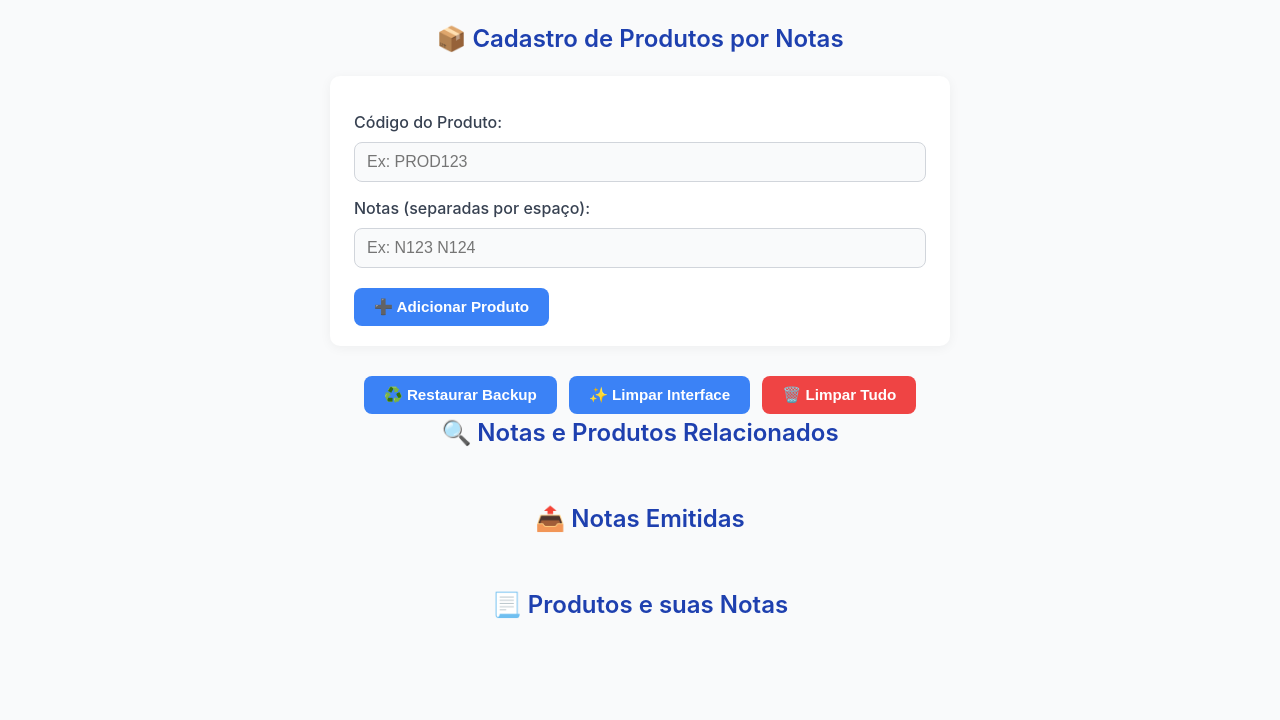
Repository: meiotera/cadastroNotasProdutos
Page: index.html
The author's editor kept a copy of each file at every save. The page is drawn from the files as they stood at one save, then again after the next save.
The browser window is 1280 px wide. The pictures show the whole page.

Above is the page before, as saved 2025-06-11 18:24:11.

### index.html
<!DOCTYPE html>
<html lang="pt-BR">

<head>
  <meta charset="UTF-8" />
  <meta name="viewport" content="width=device-width, initial-scale=1.0" />
  <title>Cadastro de Produtos e Notas</title>
  <link rel="stylesheet" href="style.css" />
</head>

<body>
  <main>
    <h1>📦 Cadastro de Produtos por Notas</h1>

    <form id="formProduto">
      <label for="codigo">Código do Produto:</label>
      <input type="text" id="codigo" placeholder="Ex: PROD123" required />

      <label for="notas">Notas (separadas por espaço):</label>
      <input type="text" id="notas" placeholder="Ex: N123 N124" required />

      <button type="submit">➕ Adicionar Produto</button>
    </form>

    <div class="botoes-secundarios">
      <button id="restaurarBackup">♻️ Restaurar Backup</button>
      <button id="limparInterfaceBtn" class="limpar-btn-interface">✨ Limpar Interface</button>
      <button id="limparDados" class="limpar-btn">🗑️ Limpar Tudo</button>
    </div>

    <h2>🔍 Notas e Produtos Relacionados</h2>
    <div id="notasProdutos">
    </div>

    <h2>📤 Notas Emitidas</h2>
    <div id="notasEmitidas"></div>

    <div id="resultado">
      <h2>📃 Produtos e suas Notas</h2>
      <div id="listaProdutos"></div>
    </div>
  </main>

  <script src="script.js"></script>
</body>

</html>

### style.css
/* Reset básico */
* {
  margin: 0;
  padding: 0;
  box-sizing: border-box;
}

body {
  font-family: 'Inter', sans-serif;
  background-color: #f9fafb;
  color: #1f2937;
  padding: 20px 15px; /* Reduzido padding do body */
  line-height: 1.6;
}

/* Títulos */
h1,
h2 {
  text-align: center;
  margin-bottom: 18px; /* Reduzido margin-bottom */
  font-size: 1.5rem; /* Reduzido font-size */
  color: #1e40af;
  font-weight: 600;
}

/* Formulário */
form {
  background: #ffffff;
  padding: 20px 24px; /* Reduzido padding */
  border-radius: 10px;
  max-width: 620px;
  margin: 0 auto 30px auto; /* Reduzido margin-bottom */
  box-shadow: 0 2px 12px rgba(0, 0, 0, 0.05);
}

label {
  display: block;
  margin: 14px 0 6px; /* Reduzido margin */
  font-weight: 500;
  color: #374151;
}

input {
  width: 100%;
  padding: 10px 12px; /* Reduzido padding */
  border-radius: 8px;
  border: 1.5px solid #d1d5db;
  background-color: #f9fafb;
  font-size: 1rem;
  color: #1f2937;
  transition: 0.2s;
}

input:focus {
  border-color: #3b82f6;
  outline: none;
  background-color: #fff;
}

/* Botões */
button {
  margin-top: 20px; /* Reduzido margin-top */
  padding: 10px 20px; /* Reduzido padding */
  background-color: #3b82f6;
  color: white;
  border: none;
  border-radius: 8px;
  font-size: 0.95rem; /* Levemente reduzido font-size */
  font-weight: 600;
  cursor: pointer;
  transition: background 0.2s ease;
}

.botoes-secundarios {
  display: flex;
  justify-content: center;
  align-items: center;
  gap: 12px; /* Reduzido gap */
}

.botoes-secundarios button {
  margin: 0;
}

button:hover {
  background-color: #2563eb;
}

.limpar-btn {
  background-color: #ef4444;
  margin: 20px auto; /* Reduzido margin */
  display: block;
  max-width: 620px;
}

.limpar-btn:hover {
  background-color: #dc2626;
}

/* Containers principais */
#resultado,
#notasProdutos,
#notasEmitidas {
  max-width: 800px;
  margin: 0 auto 30px;
}

/* Aplicar Flexbox aos containers dos cards para layout lado a lado */
#listaProdutos,
#notasProdutos,
#notasEmitidas {
  display: flex;
  flex-wrap: wrap; /* Permite que os itens quebrem para a próxima linha */
  gap: 16px; /* Espaçamento entre os cards */
}

/* Lista de produtos */
#listaProdutos > .card-nota {
  /* Especificidade para os cards dentro de #listaProdutos */
  /* background: #ffffff; - Removido pois .card-nota já tem */
  /* padding: 16px 20px; - Removido pois .card-nota já tem */
  margin-bottom: 0; /* Removido margin-bottom pois o gap do flex container cuidará disso */
  /* border-radius: 10px; - Removido pois .card-nota já tem */
  /* box-shadow: 0 1px 8px rgba(0, 0, 0, 0.05); - Removido pois .card-nota já tem */
  flex: 1 1 300px; /* Permite que o card cresça, não encolha, base de 300px */
  min-width: 280px; /* Garante uma largura mínima antes de quebrar */
}

#listaProdutos strong {
  display: block;
  margin-bottom: 8px; /* Reduzido margin-bottom */
  font-size: 0.95rem; /* Levemente reduzido font-size */
  color: #111827;
}

/* Tags */
.tag,
.produto-tag {
  display: inline-block;
  padding: 4px 10px; /* Reduzido padding */
  margin: 3px 4px 3px 0; /* Reduzido margin */
  font-size: 0.8rem; /* Reduzido font-size */
  font-weight: 600;
  border-radius: 999px;
  user-select: none;
}

.tag {
  background-color: #e0e7ff;
  color: #3730a3;
}

.produto-tag {
  background-color: #cbd5e1;
  color: #1e293b;
}

.tag:hover,
.produto-tag:hover {
  opacity: 0.85;
}

/* Cartão de nota fiscal */
.card-nota {
  background: #ffffff;
  padding: 20px; /* Padding uniforme para melhor espaçamento interno */
  margin-bottom: 0; /* Removido pois o gap do flex container cuidará disso */
  border: 1px solid #e5e7eb; /* Borda sutil e uniforme */
  border-radius: 12px; /* Bordas mais arredondadas para um look moderno */
  box-shadow: 0 4px 12px rgba(0, 0, 0, 0.07); /* Sombra mais suave e moderna */
  /* Para layout flex lado a lado */
  flex: 1 1 300px; /* Permite que o card cresça, não encolha, base de 300px */
  min-width: 280px; /* Garante uma largura mínima antes de quebrar */
  display: flex; /* Para alinhar conteúdo interno se necessário */
  flex-direction: column; /* Para que o conteúdo interno se empilhe verticalmente */
  min-height: 180px; /* Aumenta a altura mínima para mais respiro */
  transition: transform 0.2s ease-in-out, box-shadow 0.2s ease-in-out; /* Efeito suave no hover */
}

.card-nota:hover {
  transform: translateY(-4px); /* Leve elevação no hover */
  box-shadow: 0 6px 18px rgba(0, 0, 0, 0.1); /* Sombra mais pronunciada no hover */
}

/* Estilo para o título principal dentro do card */
.card-nota > strong {
  display: block;
  margin-bottom: 12px; /* Mais espaço após o título antes da borda/conteúdo */
  font-size: 1.1rem; /* Título um pouco maior para destaque */
  color: #111827;
  font-weight: 600;
  padding-bottom: 12px; /* Espaço para a borda inferior */
  border-bottom: 1px solid #e5e7eb; /* Borda inferior mais clara e consistente */
  line-height: 1.4; /* Melhor legibilidade para o título */
}

/* Estilo para o nome do produto exibido no card */
.produto-nome-display {
  font-size: 0.9rem;
  color: #4b5563; /* Cor um pouco mais suave */
  margin-bottom: 8px; /* Espaço abaixo do nome */
}

/* Para outros 'strong' dentro de divs no card, como "Produtos:" */
.card-nota div strong {
  font-weight: 500; /* Um pouco menos de peso que o título principal */
  color: #374151; /* Cor um pouco mais suave para texto secundário */
}

.card-nota > div:not(:first-child) {
  /* Para espaçar os elementos filhos dentro do card */
  margin-top: 12px; /* Aumenta o espaço para seções de conteúdo */
  flex-grow: 1; /* Permite que esta área de conteúdo cresça */
}

/* Botões de ação */
.botao-copiar,
.botao-emitir {
  margin-left: 8px;
  padding: 5px 10px; /* Reduzido padding */
  border-radius: 6px;
  font-size: 0.8rem; /* Reduzido font-size */
  font-weight: 600;
  border: none;
  cursor: pointer;
  transition: background-color 0.2s ease;
  margin-top: 16px; /* Espaço consistente acima dos botões */
  align-self: flex-start; /* Alinha o botão à esquerda do card */
}

.botao-copiar {
  background: #10b981;
  color: white;
}

.botao-copiar:hover {
  background: #059669;
}

.botao-emitir {
  background: #f59e0b;
  color: #ffffff; /* Texto branco para melhor contraste com laranja */
}

.botao-emitir:hover {
  background: #dd8c00;
}

.copiado {
  border: 1px solid #059669;
  background-color: #25e772;
}

/* Itens clicáveis */
.codigo-clicavel,
.numero-nota-clicavel {
  cursor: pointer;
  color: #3b82f6;
  text-decoration: underline;
  font-weight: 500;
}

.codigo-clicavel:hover,
.numero-nota-clicavel:hover {
  color: #1d4ed8;
}

/* Responsivo */
@media (max-width: 720px) {
  form,
  .limpar-btn,
  #resultado,
  #notasProdutos,
  #notasEmitidas {
    padding: 20px 15px;
    margin: 0 auto 30px; /* Mantém centralizado mas ajusta para o gap do flex */
    max-width: 100%;
    flex-direction: column; /* Em telas menores, volta para layout de coluna */
    gap: 12px;
  }

  button {
    width: 100%;
    padding: 14px 0;
  }

  .botao-copiar,
  .botao-emitir {
    width: auto;
    display: inline-block;
    margin-top: 8px;
  }
}

.botao-remover {
  background: transparent;
  /* Estilo de botão mais sutil para remover */
  background-color: #fee2e2; /* Fundo vermelho claro */
  color: #ef4444; /* Texto vermelho */
  border: 1px solid #fecaca; /* Borda vermelha sutil */
  padding: 5px 10px;
  border-radius: 6px;
  font-size: 0.8rem;
  font-weight: 500;
  cursor: pointer;
  margin-top: 16px; /* Espaço consistente acima do botão */
  align-self: flex-start; /* Alinha à esquerda */
  line-height: 1.2; /* Ajuste para o emoji/texto */
}

### script.js
const form = document.getElementById('formProduto');
const codigoInput = document.getElementById('codigo');
const nomeProdutoInput = document.getElementById('nomeProduto'); // Novo input
const listaProdutos = document.getElementById('listaProdutos');
const notasInput = document.getElementById('notas');
const notasProdutos = document.getElementById('notasProdutos');
const notasEmitidasDiv = document.getElementById('notasEmitidas');
const btnRestaurarBackup = document.getElementById('restaurarBackup');
const btnLimpar = document.getElementById('limparDados');
const btnLimparInterface = document.getElementById('limparInterfaceBtn');

let produtosNotas = JSON.parse(localStorage.getItem('produtosNotas')) || [];
let produtosNotasBackup =
  JSON.parse(localStorage.getItem('produtosNotasBackup')) || [];
let notasEmitidas = JSON.parse(localStorage.getItem('notasEmitidas')) || [];

function salvarDados() {
  localStorage.setItem('produtosNotas', JSON.stringify(produtosNotas));
  localStorage.setItem(
    'produtosNotasBackup',
    JSON.stringify(produtosNotasBackup),
  );
  localStorage.setItem('notasEmitidas', JSON.stringify(notasEmitidas));
}

codigoInput.addEventListener('blur', () => {
  const codigoValor = codigoInput.value.trim();
  if (!codigoValor) {
    return;
  }

  // Modificado para buscar no backup
  const produtoExistente = produtosNotasBackup.find(
    (p) => p.codigo === codigoValor,
  );

  if (produtoExistente && produtoExistente.notas.length > 0) {
    notasInput.value = produtoExistente.notas.join(' ');
    if (produtoExistente.nome) {
      nomeProdutoInput.value = produtoExistente.nome;
    } else {
      nomeProdutoInput.value = ''; // Limpa se não houver nome no backup
    }
  } else {
    // Se o produto não for encontrado no backup ou não tiver notas, limpa ambos os campos
    notasInput.value = '';
    nomeProdutoInput.value = '';
  }
});

form.addEventListener('submit', (e) => {
  e.preventDefault();
  const codigo = codigoInput.value.trim();
  const nome = nomeProdutoInput.value.trim(); // Captura o nome do produto
  const notas = notasInput.value
    .split(' ')
    .map((n) => n.trim())
    .filter(Boolean);

  if (!codigo || !nome || notas.length === 0) return; // Adiciona verificação para o nome
  const indiceProdutoExistenteEmProdutosNotas = produtosNotas.findIndex(
    (p) => p.codigo === codigo,
  );

  const indiceProdutoExistenteEmBackup = produtosNotasBackup.findIndex(
    (p) => p.codigo === codigo,
  );

  if (indiceProdutoExistenteEmProdutosNotas > -1) {
    // Produto existe em produtosNotas (UPDATING)
    produtosNotas[indiceProdutoExistenteEmProdutosNotas].notas = notas;
    produtosNotas[indiceProdutoExistenteEmProdutosNotas].nome = nome; // Atualiza o nome

    // Atualiza no backup SOMENTE SE JÁ EXISTIR LÁ
    if (indiceProdutoExistenteEmBackup > -1) {
      produtosNotasBackup[indiceProdutoExistenteEmBackup].notas = notas;
      produtosNotasBackup[indiceProdutoExistenteEmBackup].nome = nome; // Atualiza o nome no backup
    }
    // Se não existe no backup, não faz nada com o backup durante uma atualização.
  } else {
    // Produto é NOVO para produtosNotas (ADDING)
    const novoProduto = { codigo, nome, notas }; // Inclui o nome ao criar novo produto
    produtosNotas.push(novoProduto);

    // Adiciona ao backup SOMENTE SE NÃO EXISTIR LÁ AINDA
    if (indiceProdutoExistenteEmBackup === -1) {
      produtosNotasBackup.push({ ...novoProduto }); // Inclui o nome ao adicionar no backup
    }
  }

  salvarDados();

  form.reset();
  renderizarTudo(codigo); // Passa o código do produto submetido para filtrar a exibição
});

// 📤 Emitir nota
function emitirNota(notaSelecionada) {
  const produtosComNota = produtosNotas.filter((p) =>
    p.notas.includes(notaSelecionada),
  );

  if (produtosComNota.length === 0) return;

  const codigosAlvo = [...new Set(produtosComNota.map((p) => p.codigo))];

  const numeroNota = prompt(
    `Informe o número da Nota Fiscal para os códigos: ${codigosAlvo.join(
      ', ',
    )}:`,
  );
  if (!numeroNota) return;

  const todasNotasRelacionadas = [
    ...new Set(
      produtosNotas
        .filter((p) => codigosAlvo.includes(p.codigo))
        .flatMap((p) => p.notas),
    ),
  ];

  notasEmitidas.push({
    numeroNota,
    produtos: codigosAlvo,
    notas: todasNotasRelacionadas,
  });

  produtosNotas = produtosNotas
    .map((p) =>
      codigosAlvo.includes(p.codigo)
        ? {
            ...p,
            notas: p.notas.filter((n) => !todasNotasRelacionadas.includes(n)),
          }
        : p,
    )
    .filter((p) => p.notas.length > 0);

  salvarDados();
  renderizarTudo();
}

// 🗑️ Limpar tudo
btnLimpar.addEventListener('click', () => {
  if (
    confirm(
      'Tem certeza que deseja apagar TODOS os dados (incluindo o backup)?',
    )
  ) {
    produtosNotas = [];
    produtosNotasBackup = [];
    notasEmitidas = [];
    salvarDados();
    renderizarTudo();
  }
});

// ✨ Limpar apenas a interface (frontend)
btnLimparInterface.addEventListener('click', () => {
  // Apaga os dados de produtosNotas e notasEmitidas, mas mantém o backup
  produtosNotas = [];
  notasEmitidas = []; // Limpa também as notas emitidas para consistência da interface

  salvarDados(); // Salva o estado (produtosNotas e notasEmitidas vazios, backup intacto)
  renderizarTudo(); // Re-renderiza a interface para mostrar as listas vazias

  // Reseta o formulário
  form.reset();
  // Opcional: focar no primeiro campo do formulário
  codigoInput.focus();
});

// 🔄 Renderizar tudo
function renderizarTudo(codigoFiltro = null) {
  // Adiciona parâmetro opcional para filtrar
  renderizarProdutos(codigoFiltro); // Passa o filtro para renderizarProdutos
  renderizarNotas(); // Mantém a exibição global para as outras seções
  renderizarNotasEmitidas(); // Mantém a exibição global
}

function copiarTexto(texto, elementoClicado) {
  // 1. Verificar se a API de Clipboard está disponível
  if (!navigator.clipboard) {
    alert(
      'Seu navegador não suporta a funcionalidade de copiar para a área de transferência de forma segura, ou a página não está sendo servida via HTTPS.',
    );
    return;
  }

  navigator.clipboard
    .writeText(texto)
    .then(() => {
      // Adicionar classe 'copiado' ao elemento clicado para feedback visual
      if (elementoClicado) {
        elementoClicado.classList.add('copiado');
        // Remover a classe após um tempo
        setTimeout(() => {
          elementoClicado.classList.remove('copiado');
        }, 1500); // Remove a classe após 1.5 segundos
      }
      // console.log('Texto copiado:', texto); // Opcional: log para debug
    })
    .catch((err) => {
      console.error('Falha ao copiar o texto:', err);
      let mensagemErro = 'Falha ao copiar o texto.';
      if (err.name === 'NotAllowedError') {
        mensagemErro +=
          ' A permissão para escrever na área de transferência foi negada.';
      } else if (document.visibilityState !== 'visible') {
        mensagemErro +=
          ' A página não está ativa. Clique na página e tente novamente.';
      }
      alert(
        mensagemErro +
          ' Verifique as permissões do navegador e se a página está em HTTPS.',
      );
    });
}

function renderizarProdutos(codigoFiltro = null) {
  listaProdutos.innerHTML = '';
  let produtosParaRenderizar = produtosNotas;

  if (codigoFiltro) {
    // Filtra para mostrar apenas o produto especificado, se existir
    const produtoFiltrado = produtosNotas.find(
      (p) => p.codigo === codigoFiltro,
    );
    produtosParaRenderizar = produtoFiltrado ? [produtoFiltrado] : [];
  }

  // Itera sobre os produtos a serem renderizados (todos ou o filtrado)
  produtosParaRenderizar.forEach((p) => {
    const div = document.createElement('div');
    div.classList.add('card-nota'); // Adiciona classe para consistência visual
    div.innerHTML = `
      <strong class="codigo-clicavel">${p.codigo}</strong>
      <div class="produto-nome-display">${p.nome || 'Nome não informado'}</div>
      ${p.notas
        .map((n) => `<span class="tag codigo-clicavel">${n}</span>`)
        .join('')}
      <button class="botao-remover" title="Remover este item">❌</button>
    `;

    // Copiar o código ao clicar
    div
      .querySelector('strong.codigo-clicavel') // Este é o elemento clicado
      .addEventListener('click', (e) => copiarTexto(p.codigo, e.target));

    // Copiar as notas ao clicar
    div.querySelectorAll('span.codigo-clicavel').forEach((span) => {
      span.addEventListener('click', (e) =>
        copiarTexto(span.textContent, e.target),
      );
    });

    // Botão de remover item
    div.querySelector('.botao-remover').addEventListener('click', () => {
      if (
        confirm(
          `Deseja remover o produto ${p.codigo} (${p.nome || 'Sem nome'})?`,
        )
      ) {
        const codigoARemover = p.codigo;
        // Encontra o índice real na lista principal produtosNotas
        const originalIndex = produtosNotas.findIndex(
          (item) => item.codigo === codigoARemover,
        );
        if (originalIndex > -1) {
          produtosNotas.splice(originalIndex, 1);

          // Remover também do backup para manter consistência
          const backupIndex = produtosNotasBackup.findIndex(
            (item) => item.codigo === codigoARemover,
          );
          if (backupIndex > -1) {
            produtosNotasBackup.splice(backupIndex, 1);
          }

          salvarDados();
          renderizarTudo(); // Re-renderiza tudo (sem filtro) após a remoção
        }
      }
    });

    listaProdutos.appendChild(div);
  });
}

function renderizarNotas() {
  notasProdutos.innerHTML = ''; // Limpa os cards anteriores desta seção
  const notasUnicas = [...new Set(produtosNotas.flatMap((p) => p.notas))];

  // Sort notasUnicas by the number of related products in descending order
  notasUnicas.sort((a, b) => {
    const produtosRelacionadosA = produtosNotas.filter((p) =>
      p.notas.includes(a),
    ).length;
    const produtosRelacionadosB = produtosNotas.filter((p) =>
      p.notas.includes(b),
    ).length;
    return produtosRelacionadosB - produtosRelacionadosA;
  });
  notasUnicas.forEach((nota) => {
    const produtosRelacionados = produtosNotas
      .filter((p) => p.notas.includes(nota))
      .map((p) => p.codigo);

    const div = document.createElement('div');
    div.classList.add('card-nota');
    div.innerHTML = `
      <strong>Nota: <span class="codigo-clicavel">${nota}</span></strong>
      ${produtosRelacionados
        .map((p) => `<span class="produto-tag codigo-clicavel">${p}</span>`)
        .join('')}
      <button class="botao-emitir">Separa por Item</button>
    `;

    // Copiar a nota ao clicar
    div
      .querySelector('strong > span.codigo-clicavel') // Elemento clicado é o span dentro do strong
      .addEventListener('click', (e) => copiarTexto(nota, e.target));

    // Copiar códigos dos produtos relacionados ao clicar
    div.querySelectorAll('span.produto-tag.codigo-clicavel').forEach((span) => {
      span.addEventListener('click', (e) =>
        copiarTexto(span.textContent, e.target),
      );
    });

    div
      .querySelector('.botao-emitir')
      .addEventListener('click', () => emitirNota(nota));
    notasProdutos.appendChild(div);
  });
}

function renderizarNotasEmitidas() {
  notasEmitidasDiv.innerHTML = '<h2>📤 Notas Emitidas</h2>';
  notasEmitidas.forEach((item) => {
    const div = document.createElement('div');
    div.classList.add('card-nota');
    div.innerHTML = `
      <strong>Nota Fiscal Nº ${item.numeroNota}</strong>
      <div><strong>Produtos:</strong> ${item.produtos
        .map((p) => `<span class="produto-tag">${p}</span>`)
        .join('')}</div>
    `;
    notasEmitidasDiv.appendChild(div);
  });
}

btnRestaurarBackup.addEventListener('click', () => {
  produtosNotas = JSON.parse(JSON.stringify(produtosNotasBackup));
  salvarDados();
  renderizarTudo();
  alert('Backup restaurado com sucesso!');
});

// renderizarTudo(); // Removido para não carregar dados automaticamente na inicialização

After the next save:
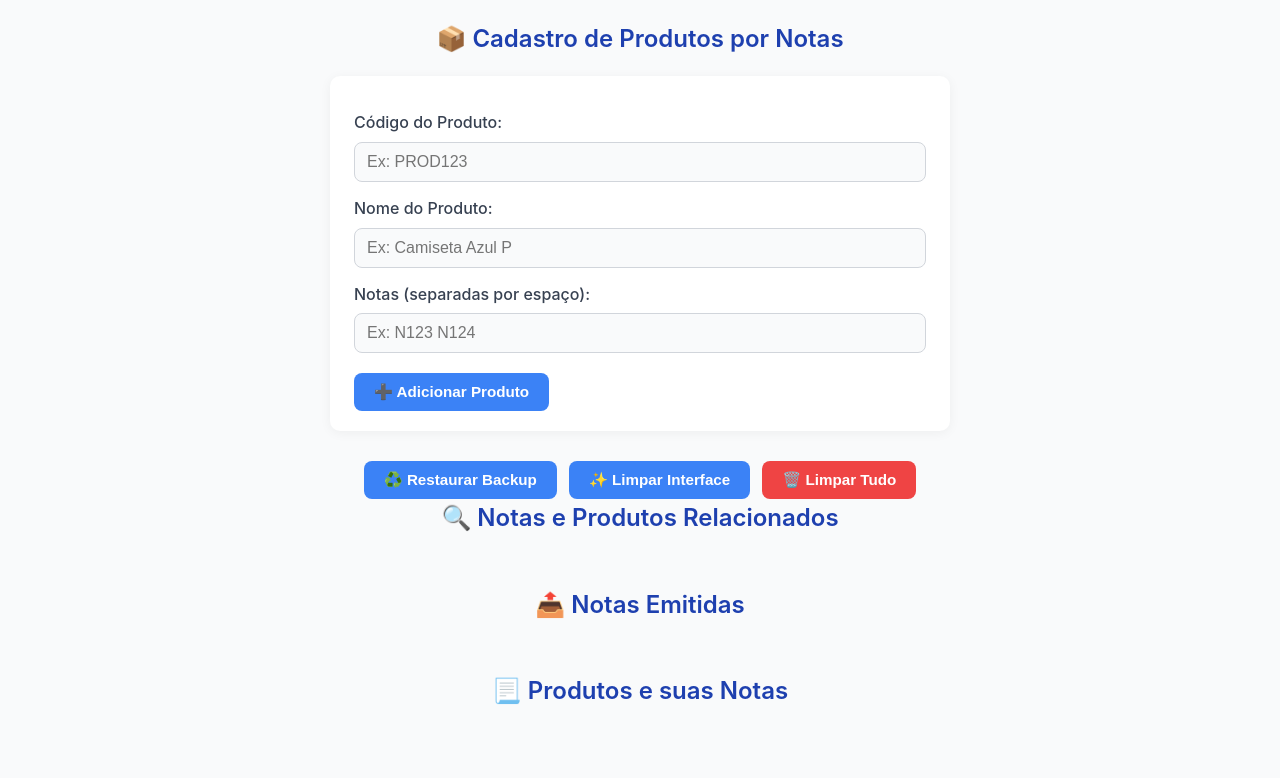
Saved 1 s later.
--- a/index.html
+++ b/index.html
@@ -15,6 +15,9 @@
     <form id="formProduto">
       <label for="codigo">Código do Produto:</label>
       <input type="text" id="codigo" placeholder="Ex: PROD123" required />
+
+      <label for="nomeProduto">Nome do Produto:</label>
+      <input type="text" id="nomeProduto" placeholder="Ex: Camiseta Azul P" required />
 
       <label for="notas">Notas (separadas por espaço):</label>
       <input type="text" id="notas" placeholder="Ex: N123 N124" required />
